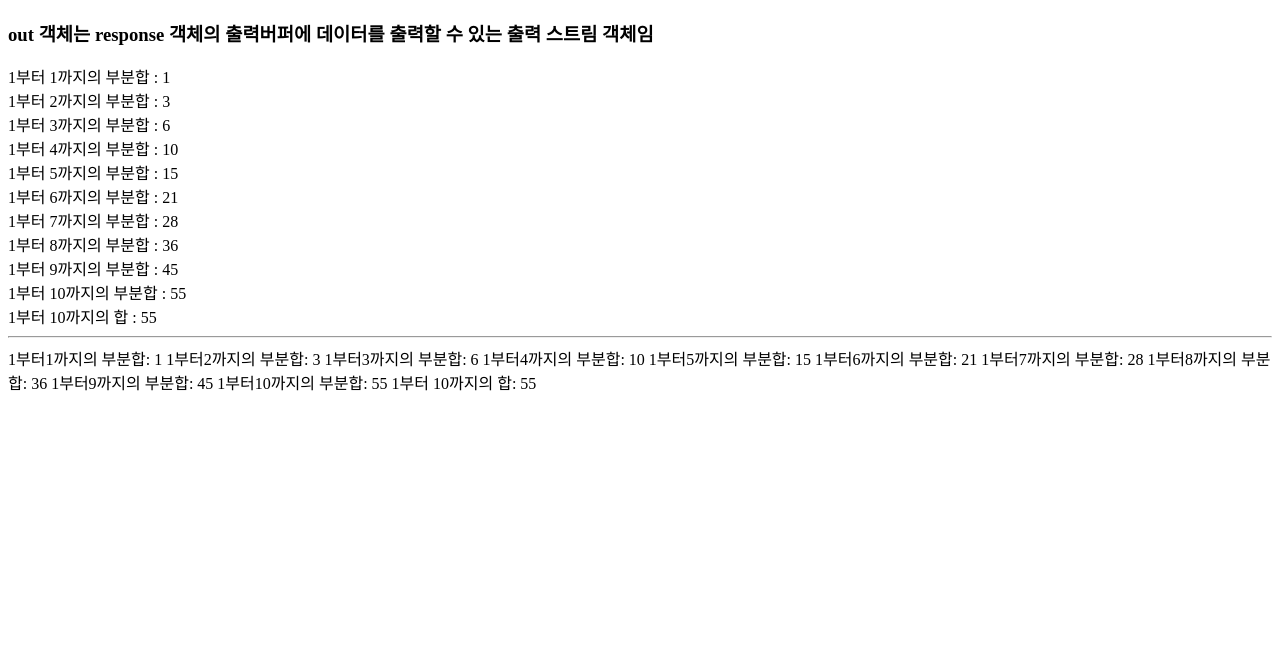
Repository: WONDongin/GoodeeAcademy_JAVA
Page: http://localhost/jspStudy/ex08_other/ex03_NewFile.jsp
These files come from the project's save history. The page is drawn as it stood at one moment and after the next save; the edit follows.
The browser window is 1280 px wide. The pictures show the whole page.
The page is served by Tomcat 9.

Above is the page before, as saved 2025-04-03 00:48:15.

### jsp_study/jspStudy/src/main/webapp/ex08_other/ex03_NewFile.jsp
<%@ page language="java" contentType="text/html; charset=UTF-8"
    pageEncoding="UTF-8"%>
<!DOCTYPE html>
<html>
	<head>
	<meta charset="UTF-8">
	<title>out 내장 객체</title>
	</head>
	<body>
		<h3>out 객체는 response 객체의 출력버퍼에 데이터를 출력할 수 있는 출력 스트림 객체임</h3>
		<%
		int sum = 0;
		for(int i=1;i<=10;i++){
			sum+= i;
		%>
		1부터 <%=i %>까지의 부분합 : <%= sum %><br/>
		<% } %>
		1부터 10까지의 합 : <%= sum %>
		<hr/>

		<%
		sum = 0;
		for(int i=1;i<=10;i++){
			sum += i;
			out.println("1부터" + i + "까지의 부분합: " + sum);
		}
		out.println("1부터 10까지의 합: " + sum);
		%>
	</body>
</html>

After the next save:
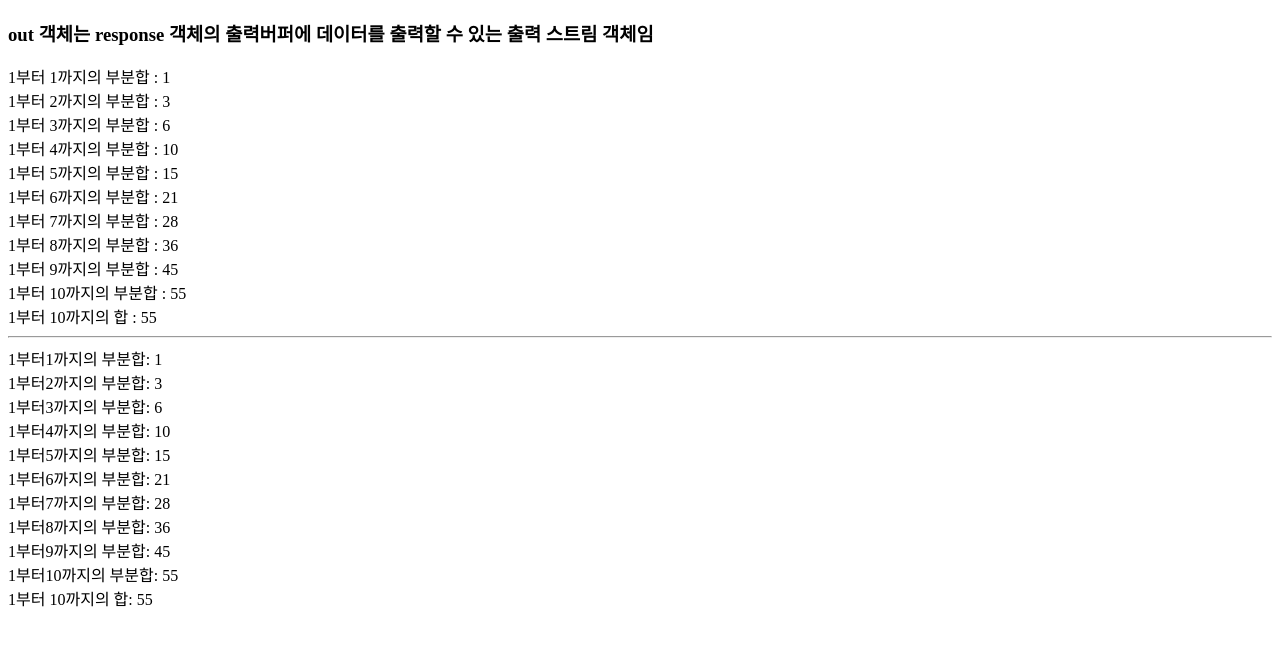
Saved 72 s later.
--- a/jsp_study/jspStudy/src/main/webapp/ex08_other/ex03_NewFile.jsp
+++ b/jsp_study/jspStudy/src/main/webapp/ex08_other/ex03_NewFile.jsp
@@ -22,7 +22,7 @@
 		sum = 0;
 		for(int i=1;i<=10;i++){
 			sum += i;
-			out.println("1부터" + i + "까지의 부분합: " + sum);
+			out.println("1부터" + i + "까지의 부분합: " + sum + "<br/>");
 		}
 		out.println("1부터 10까지의 합: " + sum);
 		%>
